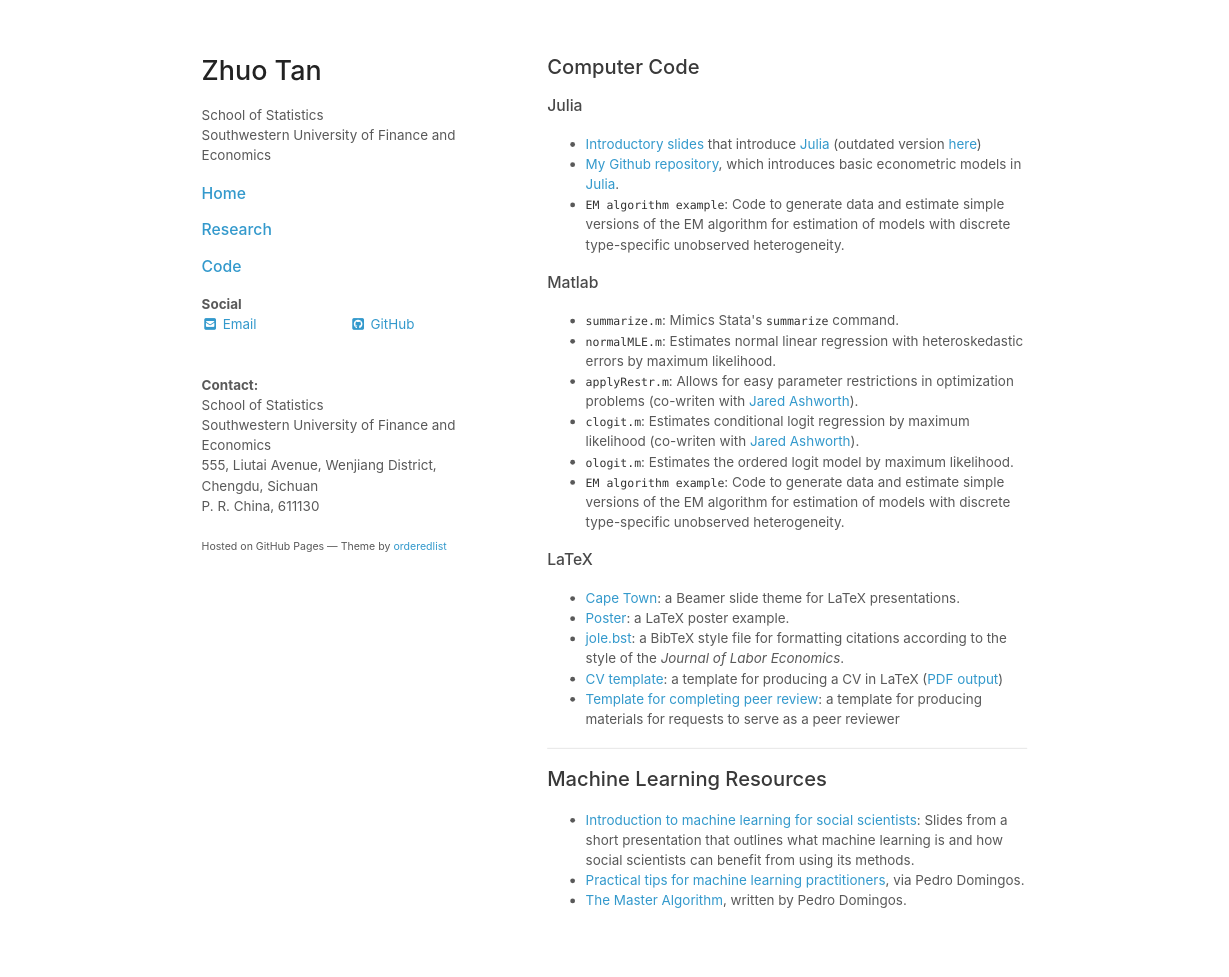
Repository: dfuttu1/dfuttu1.github.io
Page: code.html
An editor plug-in stored every save of this project. The page is shown before and after the next save, followed by the edit.
The browser window is 1280 px wide. The pictures show the whole page, at 96% of full size.
Some web libraries are served in a nearby version.

Above is the page before, as saved 2023-08-04 11:07:01.
Not found: stylesheets/github-light.css

After the next save:
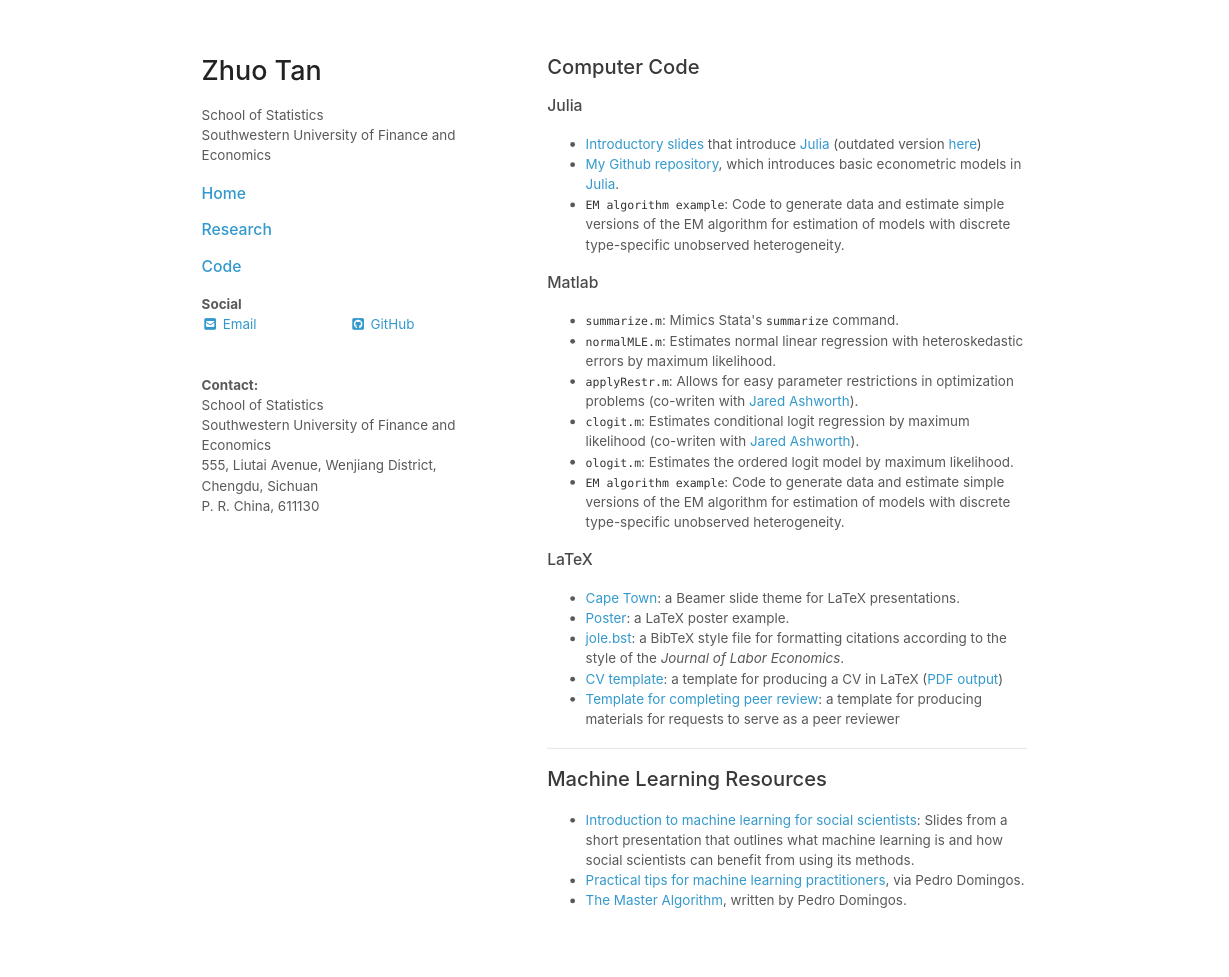
Saved 2 min 25 s later.
--- a/code.html
+++ b/code.html
@@ -106,7 +106,7 @@
         <br>
 
     <p><b>Contact:</b><br>School of Statistics<br>Southwestern University of Finance and Economics<br>555, Liutai Avenue, Wenjiang District, Chengdu, Sichuan<br>P. R. China, 611130</p>
-    <p><small>Hosted on GitHub Pages &mdash; Theme by <a href="https://github.com/orderedlist">orderedlist</a></small></p>
+    <!-- <p><small>Hosted on GitHub Pages &mdash; Theme by <a href="https://github.com/orderedlist">orderedlist</a></small></p> -->
       </header>
       <section>
   <h2><a id="computer-code" class="anchor" href="#computercode" aria-hidden="true"><span class="octicon octicon-link"></span></a>Computer Code</h2>
